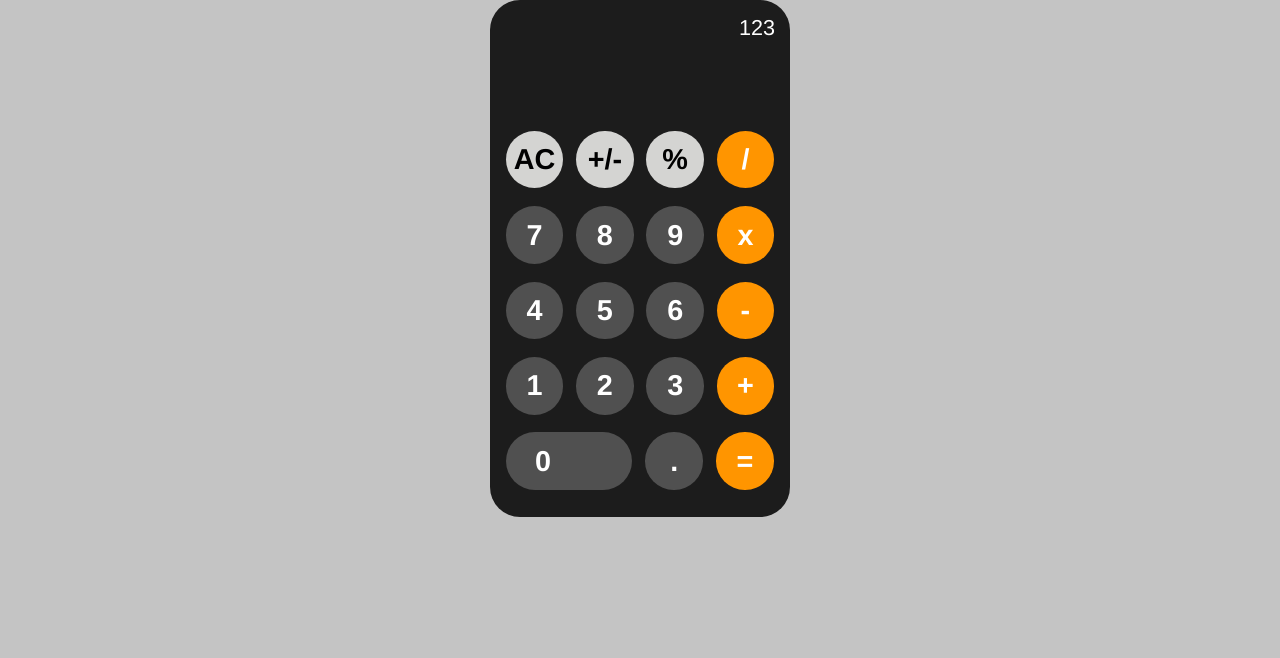
Repository: raulpenate/Calculadora-VUE3
Page: /
The author's editor kept a copy of each file at every save. The page is drawn from the files as they stood at one save, then again after the next save.
The browser window is 1280 px wide. The pictures show the whole page.
The project was rebuilt for these pictures with package versions that can differ from the ones it lists, and the page was loaded fresh each time. Also part of the build but not shown: src/components/HelloWorld.vue.

Above is the page before, as saved 2022-03-11 14:19:48.

### src/App.vue
<template>
  <HelloWorld msg="Welcome to Your Vue.js App"/>
  <Calculator/>
</template>

<script>
import HelloWorld from './components/HelloWorld.vue'
import Calculator from './components/Calculator.vue'

export default {
  name: 'App',
  components: {
    Calculator
  }
}
</script>

<style>
#app {
  font-family: Avenir, Helvetica, Arial, sans-serif;
}
</style>

### src/components/Calculator.vue
<template>
  <div class="container">
    <div class="carcasa">
      <div class="pantalla">
        <div class="datosanteriores"><label class="">123</label></div>
        <input class="pantallainterna" type="number" name="numero" />
      </div>
      <div class="fila">
        <div class="boton gris">AC</div>
        <div class="boton gris">+/-</div>
        <div class="boton gris">%</div>
        <div class="boton orange">/</div>
      </div>
      <div class="fila">
        <div class="boton">7</div>
        <div class="boton">8</div>
        <div class="boton">9</div>
        <div class="boton orange">x</div>
      </div>
      <div class="fila">
        <div class="boton">4</div>
        <div class="boton">5</div>
        <div class="boton">6</div>
        <div class="boton orange">-</div>
      </div>
      <div class="fila">
        <div class="boton">1</div>
        <div class="boton">2</div>
        <div class="boton">3</div>
        <div class="boton orange">+</div>
      </div>
      <div class="fila final">
        <div class="boton grande">0</div>
        <div class="boton">.</div>
        <div class="boton orange">=</div>
      </div>
    </div>
  </div>
</template>

<script>
export default {};
</script>

<style>
* {
  padding: 0;
  margin: 0;
  box-sizing: border-box;
}

body {
  background: #c4c4c4;
  margin: auto 36%;
}

.container {
    width: 100%;
    display: flex;
    justify-content: center;
    align-items: center;
}
/* CARCASA */

.carcasa {
  background: #1c1c1c;
  display: flex;
  flex-flow: wrap;
  justify-content: space-between;
  border-radius: 30px;
  max-width: 300px;
}

/* PANTALLA */

.pantalla {
  padding: 5%;
  display: flex;
  flex-wrap: wrap;
  align-content: stretch;
  width: 100%;
}

.pantallainterna {
  display: inline-block;
  position: relative;
  width: 100%;
  background: #1c1c1c;
  color: #ffffff;
  outline: none;
  border: none;
  text-align: right;
  font-size: 8vh;
}

input[type="number"]::-webkit-inner-spin-button,
input[type="number"]::-webkit-outer-spin-button {
  -webkit-appearance: none;
  margin: 0;
}

.datosanteriores {
  font-size: 3vh;
  width: 100%;
  color: #fff;
  text-align: right;
}

/* BOTONES */

.fila {
  width: 100%;
  font-weight: bold;
  display: flex;
  flex-flow: wrap row;
  justify-content: space-evenly;
  margin: 2%;
}

.boton {
  background: #505050;
  color: #ffffff;
  width: 20px;
  height: 20px;
  position: relative;
  font-size: 4vh;
  padding: 10%;
  display: flex;
  justify-content: center;
  align-items: center;
  border-radius: 50%;
  margin: 1%;
}

.orange {
  background: #ff9500;
}

.gris {
  background: #d4d4d2;
  color: #000;
}

.boton:hover {
  background: rgba(255, 255, 255, 0.4);
}

.orange:hover {
  background: rgba(247, 127, 72, 0.9);
}

.inicio {
  margin-top: 1%;
}

.final {
  margin-bottom: 8%;
}

.grande {
  flex-grow: 0.7;
  border-radius: 50px;
  display: flex;
  justify-content: start;
}
</style>

Loaded but not shown: public/index.html (common file); src/main.js (common file)

After the next save:
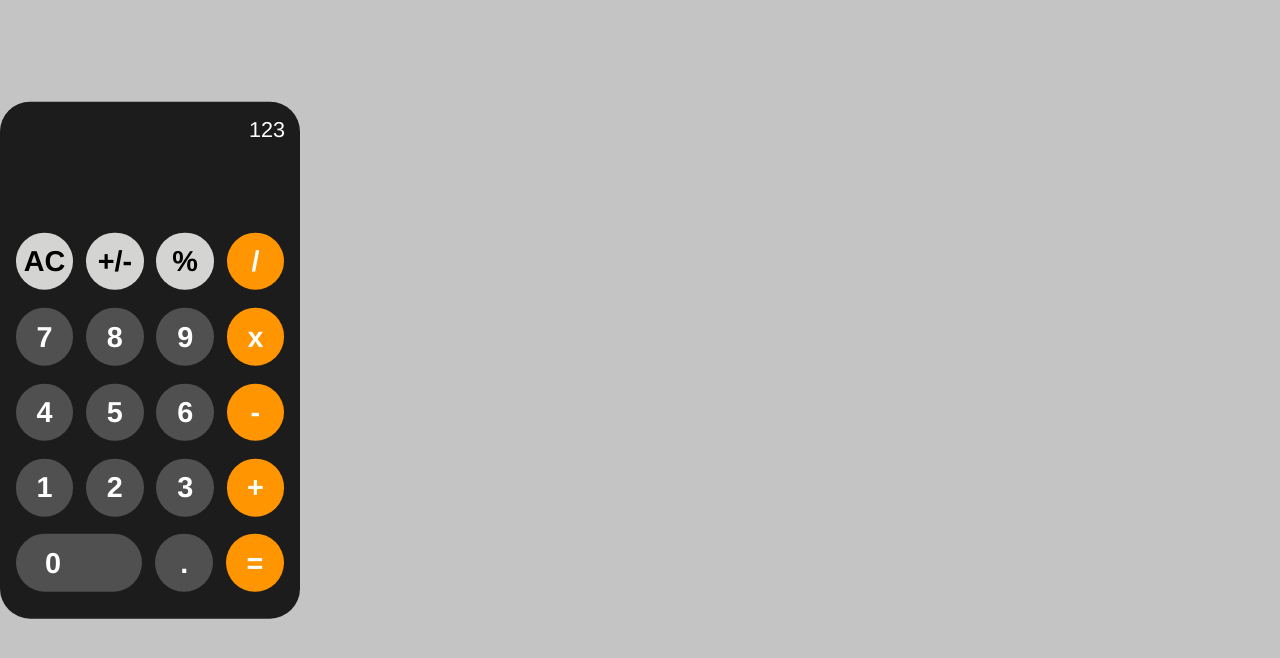
Saved 4 min 45 s later.
--- a/src/components/Calculator.vue
+++ b/src/components/Calculator.vue
@@ -56,9 +56,10 @@ body {
 
 .container {
     width: 100%;
-    display: flex;
-    justify-content: center;
-    align-items: center;
+            position: absolute;
+        top: 50%;
+        left: 50%;
+        transform: translate(-50%, -50%)
 }
 /* CARCASA */
 
